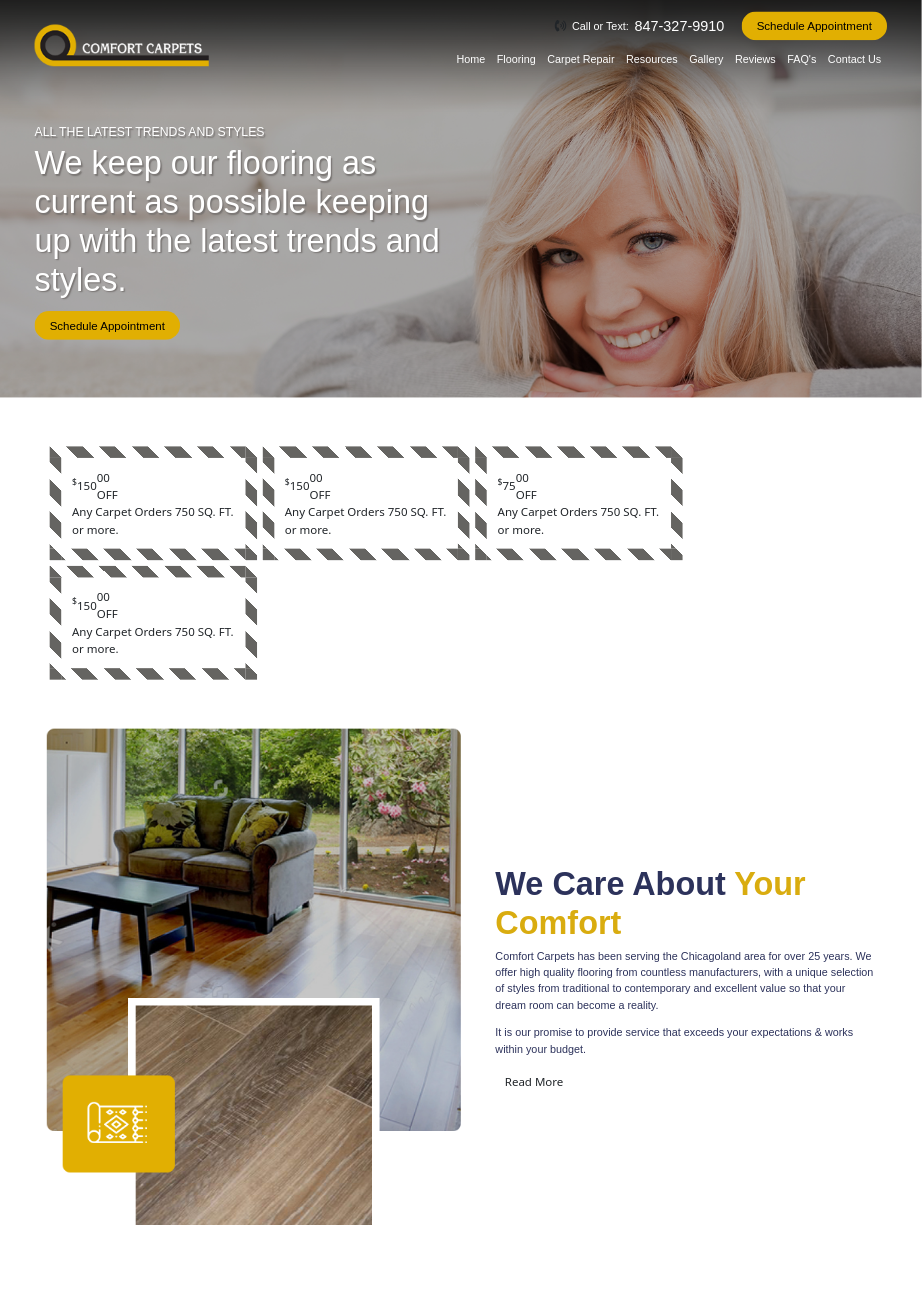
Repository: Ab-dur-Rehman/sscaseFolders
Page: index.html
These files come from the project's save history. The page is drawn as it stood at one moment and after the next save; the edit follows.
The browser window is 1280 px wide. The pictures show the whole page, at 72% of full size.
Some web fonts or font styles are not loaded; a fallback is used.

Above is the page before, as saved 2022-12-26 10:21:42.

After the next save:
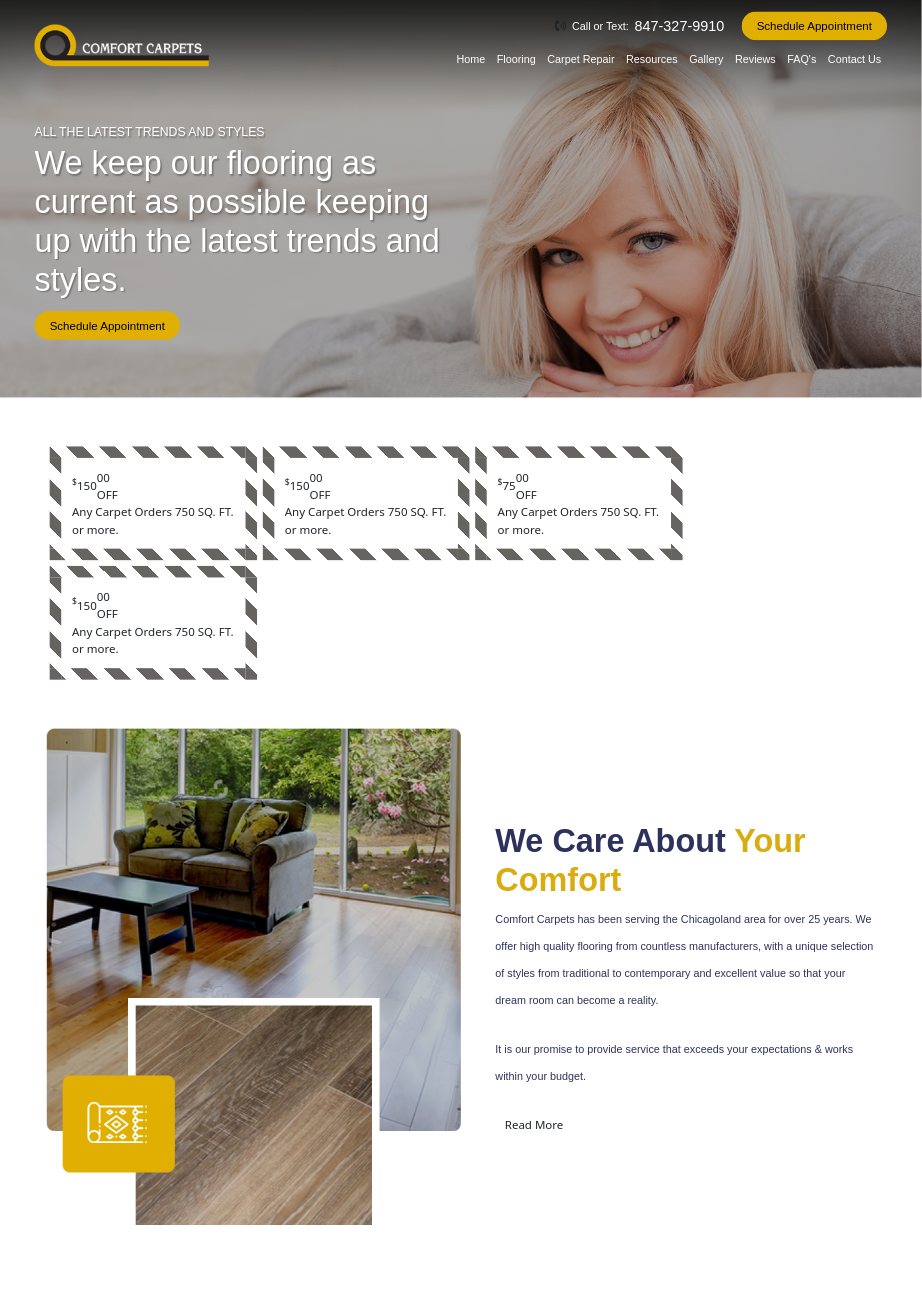
Saved 101 s later.
--- a/assets/css/style.css
+++ b/assets/css/style.css
@@ -104,6 +104,8 @@
     font-weight: 400;
     font-family: 'Amiko', sans-serif;
     color: #2c325b;
+    line-height: 2.5;
+    margin-bottom: 30px;
 }
 
 
